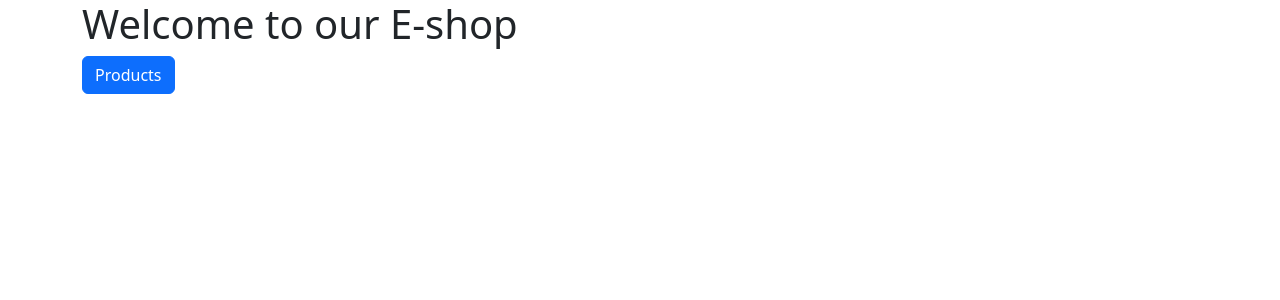
Repository: vaibhav-kharade/Inferyx.com-Learning
Page: Java_Coding/shopcrudsql/src/main/resources/static/index.html
The author's editor kept a copy of each file at every save. The page is drawn from the files as they stood at one save, then again after the next save.
The browser window is 1280 px wide. The pictures show the whole page.

Above is the page before, as saved 2024-09-23 11:54:45.

After the next save:
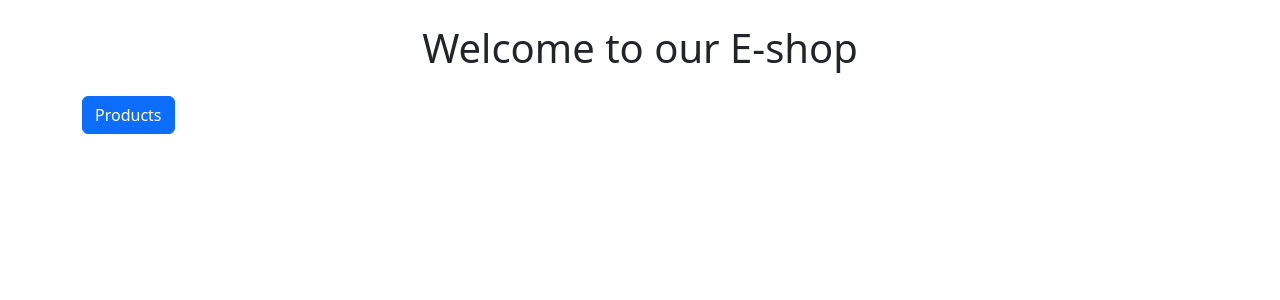
Saved 40 s later.
--- a/Java_Coding/shopcrudsql/src/main/resources/static/index.html
+++ b/Java_Coding/shopcrudsql/src/main/resources/static/index.html
@@ -8,7 +8,7 @@
   </head>
   <body>
     <div class="container">
-		<h1 class="text-center-my-4">Welcome to our E-shop</h1>
+		<h1 class="text-center my-4">Welcome to our E-shop</h1>
 		<a class="btn btn-primary" href="/products" > Products</a>
 	</div>
     <script src="https://cdn.jsdelivr.net/npm/bootstrap@5.3.3/dist/js/bootstrap.bundle.min.js" integrity="sha384-YvpcrYf0tY3lHB60NNkmXc5s9fDVZLESaAA55NDzOxhy9GkcIdslK1eN7N6jIeHz" crossorigin="anonymous"></script>
